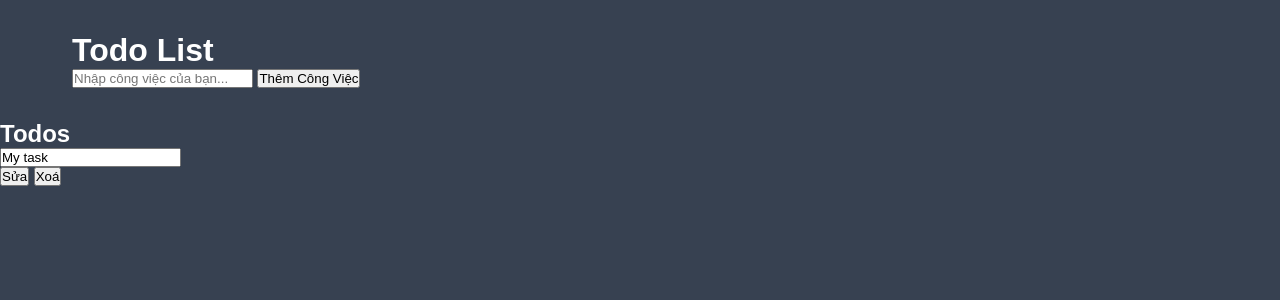
Repository: ntheanh/Todo-List
Page: index.html
An editor plug-in stored every save of this project. The page is shown before and after the next save, followed by the edit.
The browser window is 1280 px wide. The pictures show the whole page.
The style sheet was rebuilt from its Sass, Less or Tailwind sources for each picture, by a compiler version that may differ from the author's.

Above is the page before, as saved 2023-03-15 22:33:22.

After the next save:
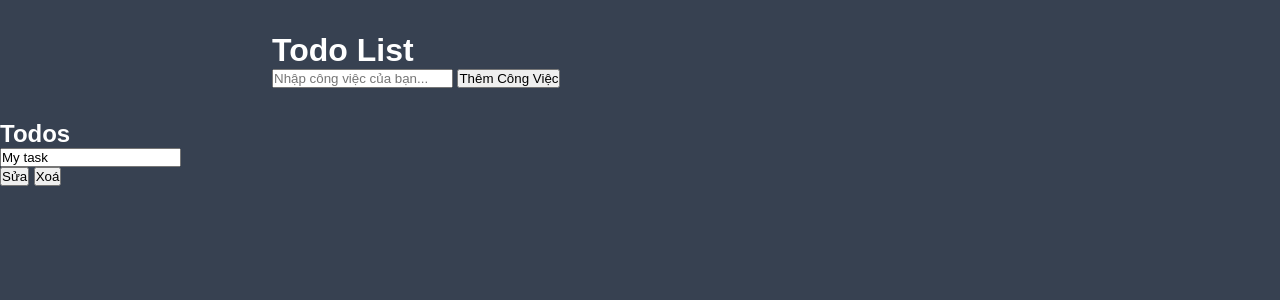
Saved 51 s later.
--- a/style.scss
+++ b/style.scss
@@ -26,6 +26,6 @@ body {
 header {
   padding: 2rem;
   margin: 0 auto;
-  max-width: 1200px;
+  max-width: 800px;
   width: 100%;
 }
